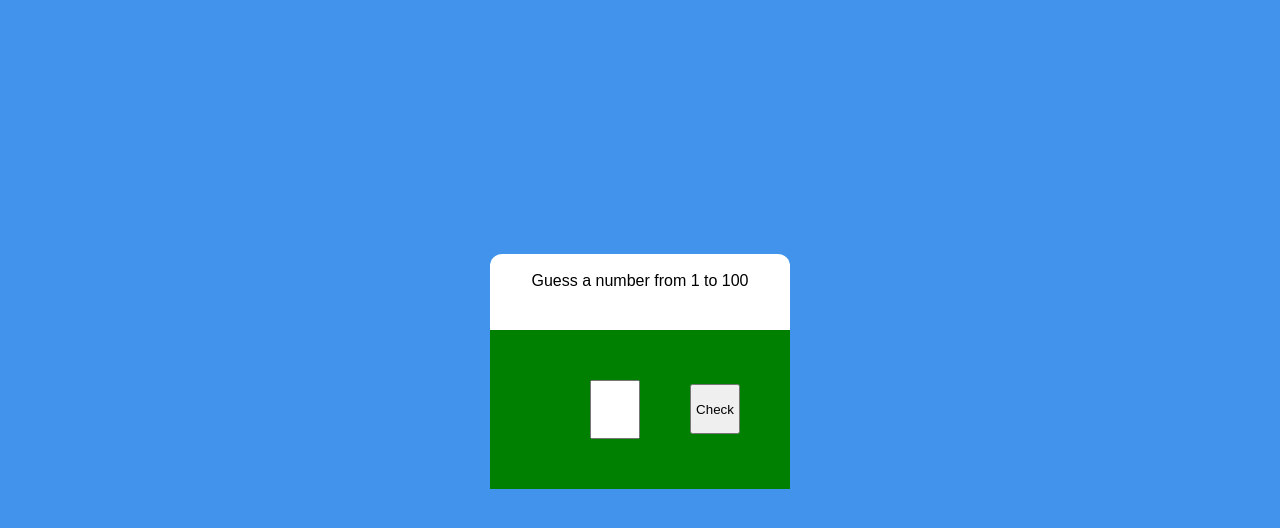
Repository: Ankitkr2021/Guess_Game
Page: index.html
These files come from the project's save history. The page is drawn as it stood at one moment and after the next save; the edit follows.
The browser window is 1280 px wide. The pictures show the whole page.

Above is the page before, as saved 2025-09-30 17:44:45.

After the next save:
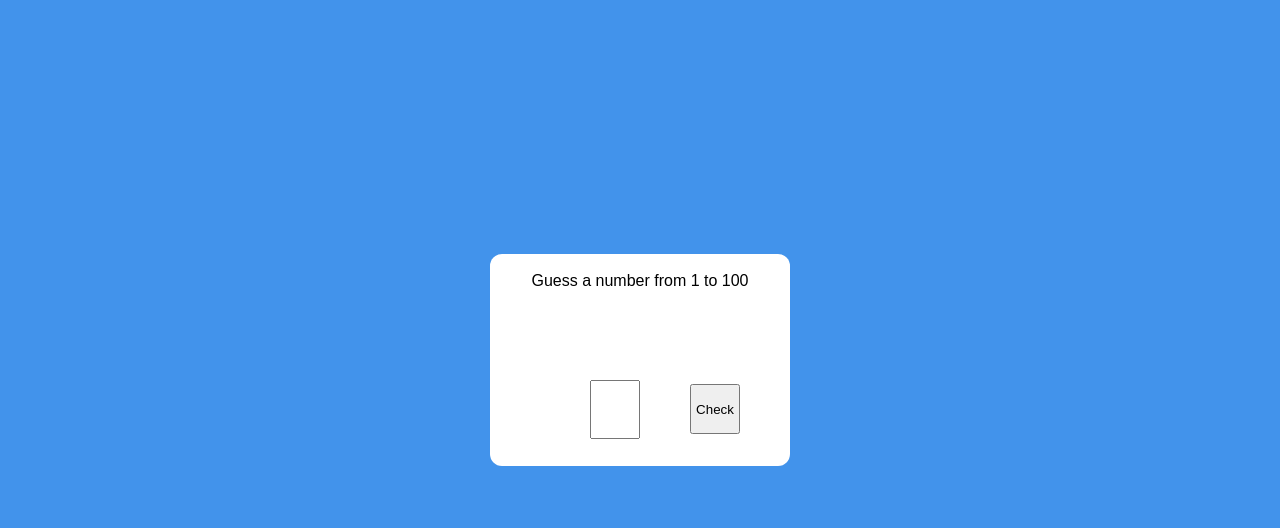
Saved 7 s later.
--- a/style.css
+++ b/style.css
@@ -33,7 +33,7 @@ p{
 }
 
 .same-line {
-    background: green;
+    /* background: green; */
     width: 100%;
     display: flex;
     align-items: center;
